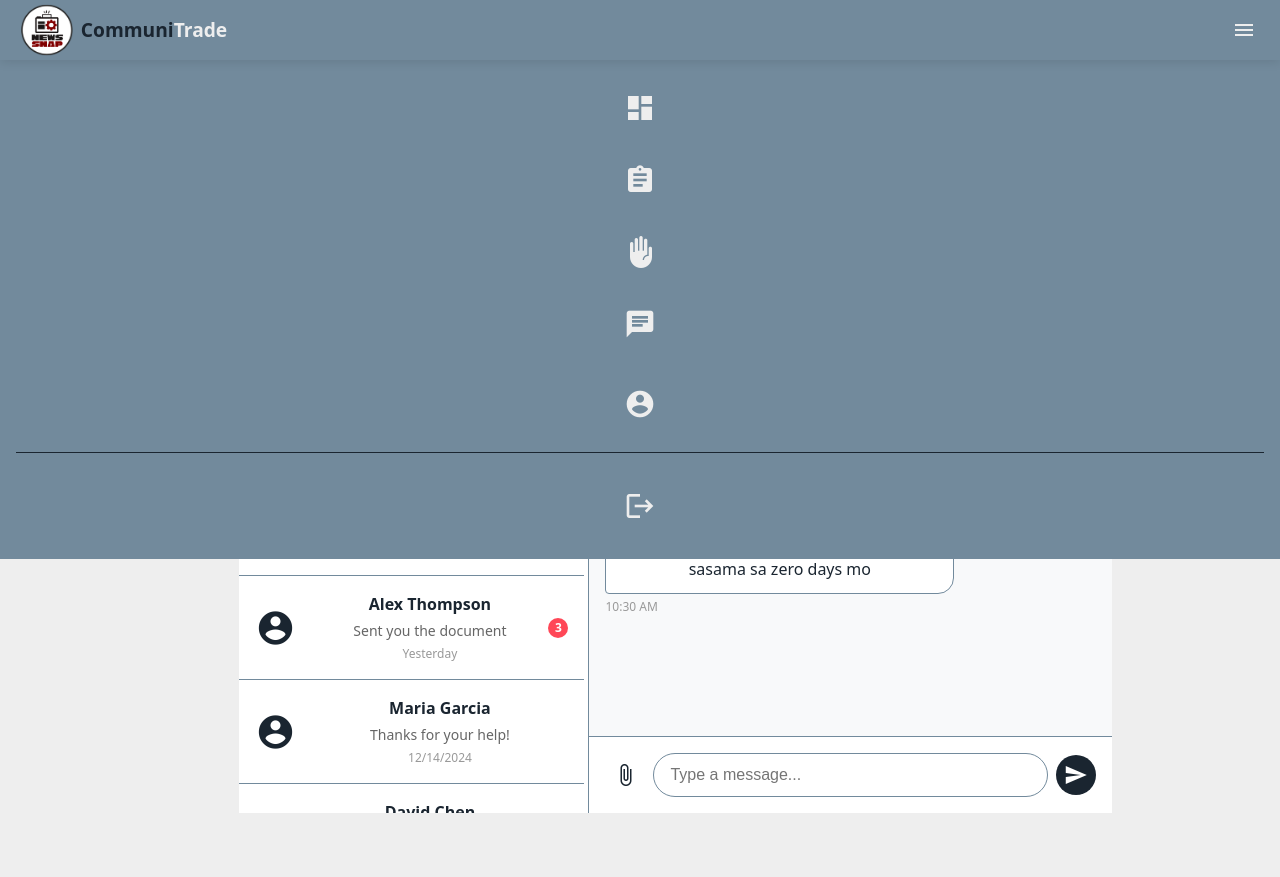
Repository: wholaanmo/news-snap
Page: /message
The author's editor kept a copy of each file at every save. The page is drawn from the files as they stood at one save, then again after the next save.
The browser window is 1280 px wide. The pictures show the whole page.
The project was rebuilt for these pictures with package versions that can differ from the ones it lists, and the page was loaded fresh each time. Also part of the build but not shown: src/components/AdminNavbar.vue, src/components/AdminSidebar.vue, src/layouts/AdminLayout.vue.

Above is the page before, as saved 2025-10-15 20:00:29.

After the next save:
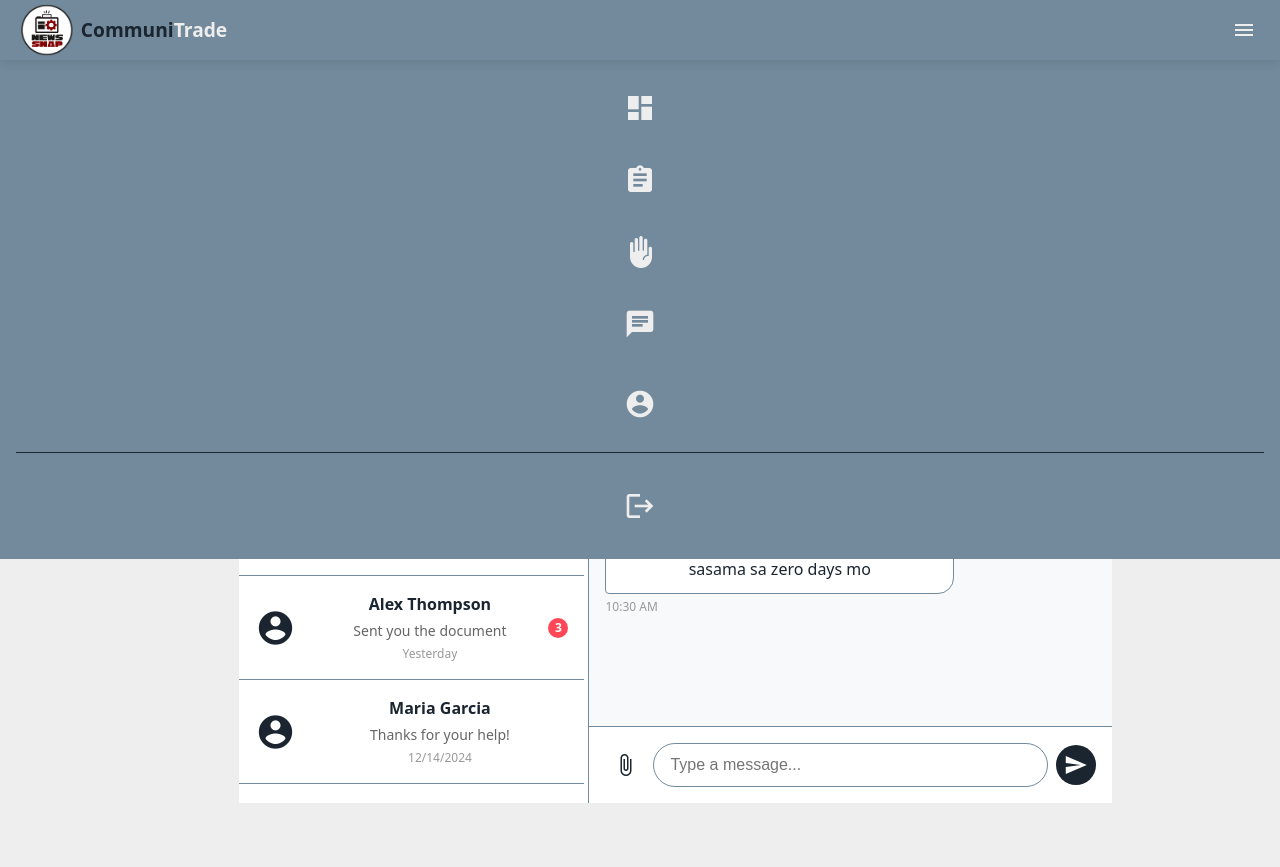
Saved 9 s later.
--- a/src/views/message.vue
+++ b/src/views/message.vue
@@ -335,7 +335,7 @@ onMounted(() => {
 <style scoped>
 .message-page {
   display: flex;
-  height: calc(110vh - 70px);
+  height: calc(110vh - 80px);
   margin-top: -3px;
   background-color: var(--light);
 }
